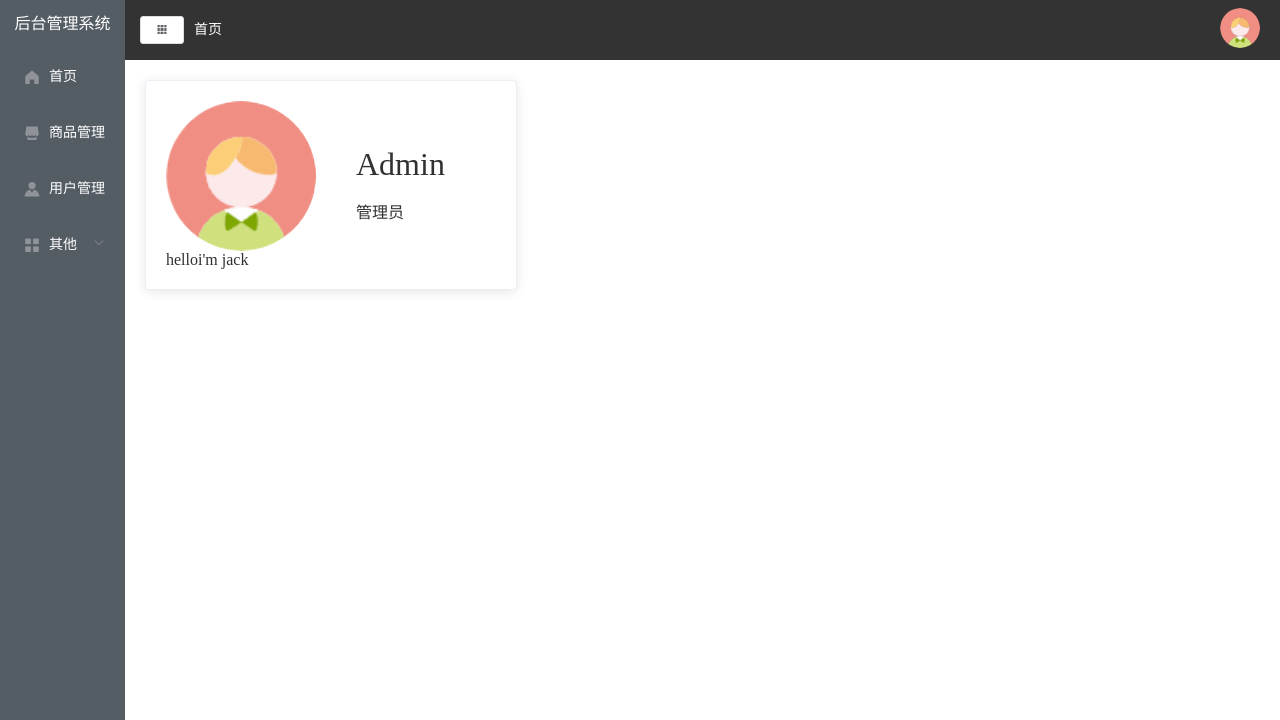
Repository: tkqi/manage
Page: /
The author's editor kept a copy of each file at every save. The page is drawn from the files as they stood at one save, then again after the next save.
The browser window is 1280 px wide. The pictures show the whole page.
The project was rebuilt for these pictures with package versions that can differ from the ones it lists, and the page was loaded fresh each time. Also part of the build but not shown: vue.config.js.

Above is the page before, as saved 2023-12-03 15:44:42.

### src/main.js
import Vue from 'vue'
import App from './App.vue'
import router from './router'
import store from './store'
import ElementUI from 'element-ui';
import 'element-ui/lib/theme-chalk/index.css';

Vue.config.productionTip = false
Vue.use(ElementUI);

new Vue({
  router,
  store,
  render: h => h(App)
}).$mount('#app')

### src/App.vue
<template>
  <div id="app">
    <!-- 路由出口 -->
    <router-view />
  </div>
</template>

<script>
export default {
  name: 'App'
}
</script>

<style lang="less">
html,
body,
h3 {
  margin: 0;
  padding: 0;
}
</style>

### src/router/index.js
import Vue from 'vue'
import VueRouter from 'vue-router'
import routes from './routes'
Vue.use(VueRouter)


const router = new VueRouter({
  routes: routes
})

// 暴露router实例
export default router

### src/store/index.js
import Vue from 'vue'
import Vuex from 'vuex'
import tab from './tab.js'

Vue.use(Vuex)

const store = new Vuex.Store({
  state: {

  },
  getters: {
  },
  mutations: {
  },
  actions: {
  },
  modules: {
    tab
  }
})

export default store;

### src/router/routes.js
export default [
    // 主路由
    {
        path: '/',
        component: () => import('../views/Main.vue'),
        redirect: '/home',// 重定向
        // 子路由
        children: [
            {
                // 首页
                path: '/home',
                // 路由组件懒加载
                component: () => import('../views/Home.vue')
            },
            {
                // 用户管理
                path: '/user',
                component: () => import('../views/User.vue')
            },
            {
                // 商品管理
                path: '/mall',
                component: () => import('../views/Mall.vue')
            },
            {
                // 其他/页面1
                path: '/page1',
                component: () => import('../views/Page1.vue')
            },
            {
                // 其他/页面2
                path: '/page2',
                component: () => import('../views/Page2.vue')
            },
        ]
    },
    {
        path: '/home',
        // 路由组件懒加载
        component: () => import('../views/Home.vue')
    },
    {
        path: '/user',
        component: () => import('../views/User.vue')
    }
]

### src/store/tab.js
// 菜单相关数据
export default {
    state: {
        isCollapse: false
    },
    getters: {
        getisCollapse: (state) => state.isCollapse
    },
    mutations: {
        EDITIsCollapse(state){
            state.isCollapse = !state.isCollapse;
        }
    }
}

### src/views/Main.vue
<!-- eslint-disable vue/multi-word-component-names -->
<template>
    <div>
        <el-container>
            <el-aside width="auto">
                <sidebar />
            </el-aside>
            <el-container>
                <el-header>
                    <topbar />
                </el-header>
                <el-main>
                    <transition>
                        <router-view />
                    </transition>
                </el-main>
            </el-container>
        </el-container>
    </div>
</template>

<script>
import sidebar from '../components/sidebar.vue'
import topbar from '../components/topbar.vue';
export default {
    components: {
        sidebar,
        topbar
    }
}
</script>

<style lang="less" scoped>
.el-header {
    padding: 0;
    margin: 0;
}
</style>

### src/views/Home.vue
<!-- eslint-disable vue/multi-word-component-names -->
<template>
    <el-row>
        <el-col :span="8">
            <div >
                <el-card class="box-card">
                    <div class="user">
                        <img class="img" src="../assets/img/user-default.png" alt="">
                        <div class="user-info">
                            <P class="name">Admin</P>
                            <p class="access">管理员</p>
                        </div>
                    </div>
                    <div class="login-info">
                        <span>hello</span>
                        <span>i'm jack</span>
                    </div>
                </el-card>
            </div>
        </el-col>
        <el-col :span="16">
            <div class="grid-content bg-purple-light"></div>
        </el-col>
    </el-row>
</template>

<script>
export default {
    data() {
        return {

        }
    }
}
</script>
<style lang="less" scoped>
.user{
    display: flex;
    align-items: center;
    padding-right: 0px;
    .user-info{
        .name{
            font-size: 32px;
            margin-bottom: 10px;
        }
    }
    img{
        height: 150px;
        width:150px;
        border-radius: 50%;
        margin-right: 40px;
    }
}
</style>

### src/components/sidebar.vue
<!-- eslint-disable vue/multi-word-component-names -->
<template>
    <el-menu class="menu" @open="handleOpen" @close="handleClose" :collapse="isCollapse" background-color="#545c64"
        text-color="#fff" active-text-color="#ffd04b">
        <h3>{{ !isCollapse?'后台管理系统':'后台' }}</h3>
        <el-menu-item v-for="item in noChildren" :key="item.name" :index="item.name" @click="clickMenu(item)">
            <i :class="`el-icon-${item.icon}`"></i>
            <span slot="title">{{ item.label }}</span>
        </el-menu-item>
        <el-submenu v-for="item in hasChildren" :key="item.label" :index="item.label">
            <template slot="title">
                <i :class="`el-icon-${item.icon}`"></i>
                <span slot="title">{{ item.label }}</span>
            </template>
            <el-menu-item-group v-for="subitem in item.children" :key="subitem.name">
                <el-menu-item :index="subitem.name" @click="clickSubmenu(subitem)">
                    <!-- <template slot="title"> -->
                    <i :class="`el-icon-${subitem.icon}`"></i>
                    <span slot="title">{{ subitem.name }}</span>
                    <!-- </template> -->
                </el-menu-item>
            </el-menu-item-group>
        </el-submenu>
    </el-menu>
</template>

<script>
export default {
    computed: {
        // 无子菜单
        noChildren() {
            return this.menuData.filter(o => !o.children);
        },
        // 有子菜单
        hasChildren() {
            return this.menuData.filter(o => o.children);
        },
        isCollapse() {
           return this.$store.state.tab.isCollapse;
        }
    },
    data() {
        return {
            // 使用store实时改变属性需要定义到computed
            // isCollapse: this.$store.getters('getisCollapse'),
            menuData: [
                {
                    path: '/',
                    name: 'home',
                    label: "首页",
                    icon: 's-home',
                    url: 'Home/Home'
                },
                {
                    path: '/mall',
                    name: 'mall',
                    label: "商品管理",
                    icon: 's-shop',
                    url: 'MallManage/MallManage'
                },
                {
                    path: '/user',
                    name: 'user',
                    label: "用户管理",
                    icon: 's-custom',
                    url: 'UserManage/UserManage'
                },
                {
                    label: '其他',
                    icon: 'menu',
                    children: [
                        {
                            path: '/page1',
                            name: 'page1',
                            label: "页面1",
                            icon: 's-claim',
                            url: 'Other/PageOne'
                        },
                        {
                            path: '/page2',
                            name: 'page2',
                            label: "页面2",
                            icon: 's-claim',
                            url: 'Other/PageTwo'
                        },
                    ]
                }
            ]
        };
    },
    methods: {
        handleOpen(key, keyPath) {
            console.log(key, keyPath);
        },
        handleClose(key, keyPath) {
            console.log(key, keyPath);
        },
        clickMenu(item) {
            console.log(this.$router.currentRoute.path);
            // 判断当前路由于点击链接的路由不一致才跳转
            if (item.path != this.$route.path && !(this.$route.path == '/home' && item.path == '/'))
                this.$router.push(item.path);
        },
        clickSubmenu(subitem) {
            // 判断当前路由于点击链接的路由不一致才跳转
            if (subitem.path != this.$route.path)
                this.$router.push(subitem.path);
        }
    }
}
</script>

<style lang="less" scoped>
.el-menu-vertical-demo:not(.el-menu--collapse) {
    width: 200px;
    min-height: 400px;
}

.menu {
    height: 100vh;
    border-right:0;
    h3 {
        color: rgb(255, 255, 255);
        text-align: center;
        line-height: 48px;
        font-size: 16px;
        font-weight: 400;
    }
}
</style>

### src/components/topbar.vue
<!-- eslint-disable vue/multi-word-component-names -->
<template>
    <div class="head-container">
        <div class="l-content">
            <el-button icon="el-icon-s-grid" size="mini" @click="changeCollapse()"/>
            <!-- 面包屑 -->
            <span class="text">首页</span>
        </div>
        <div class="r-content">
            <el-dropdown>
                <span class="el-dropdown-link">
                    <img class="img" src="../assets/img/user-default.png" alt="">
                </span>
                <el-dropdown-menu slot="dropdown">
                    <el-dropdown-item>个人中心</el-dropdown-item>
                    <el-dropdown-item>退出</el-dropdown-item>
                </el-dropdown-menu>
            </el-dropdown>
        </div>
    </div>
</template>

<script>
export default {
    data(){
        return{

        }
    },
    methods:{
        changeCollapse(){
            console.log(1);
            this.$store.commit('EDITIsCollapse');
        }
    }
}
</script>

<style lang="less" scoped>
.head-container {
    background-color: #333;
    height: 60px;
    display: flex;
    justify-content: space-between;
    align-items: center;
    padding-left: 15px;
    padding-right: 20px;
}

// .l-content {
//     padding-left: 15px;
// }

// .r-content {}

.text {
    color: white;
    font-size: 14px;
    padding-left: 10px;
}

.img{
    height: 40px;
    width: 40px;
    border-radius: 50%;
}
</style>

Loaded but not shown: public/index.html (common file)

After the next save:
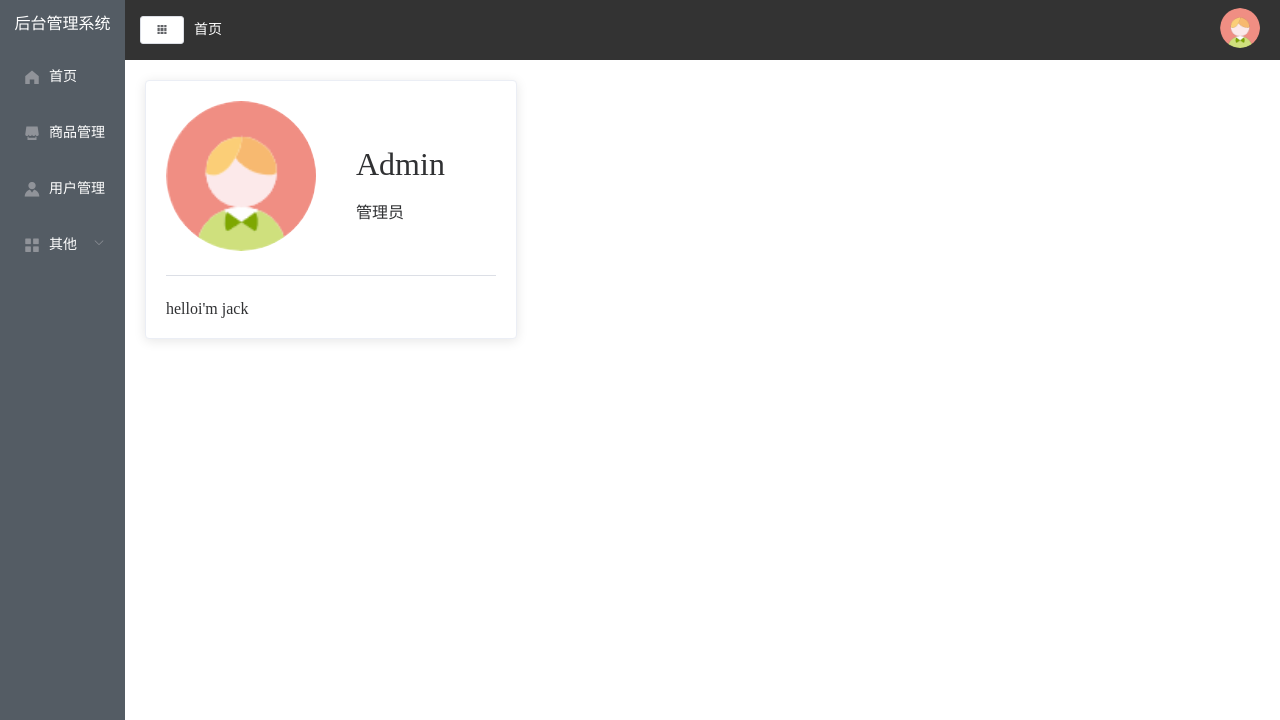
Saved 23 s later.
--- a/src/views/Home.vue
+++ b/src/views/Home.vue
@@ -11,6 +11,7 @@
                             <p class="access">管理员</p>
                         </div>
                     </div>
+                    <el-divider></el-divider>
                     <div class="login-info">
                         <span>hello</span>
                         <span>i'm jack</span>
